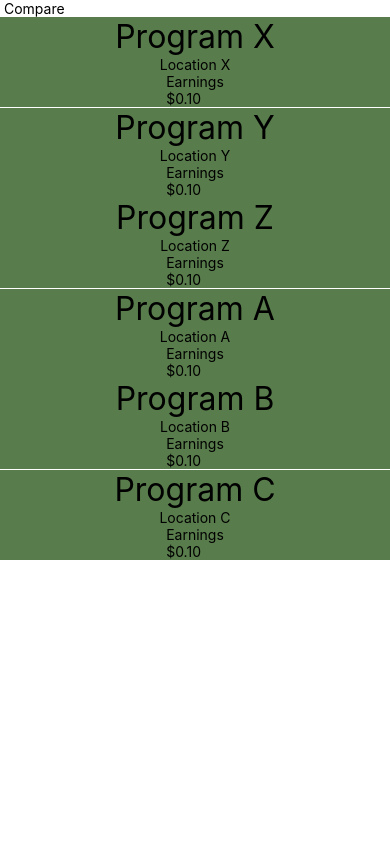
Repository: ct-pham/COMP4511
Screen: / (app in comp4511/)
These files come from the project's save history. The screen is drawn as it stood at one moment and after the next save; the edit follows.
The app was drawn by React Native's web renderer in a window 390 px wide. The project was rebuilt for these pictures with package versions that can differ from the ones it lists, and the page was loaded fresh each time. Some packages were replaced by stand-ins written for this rebuild. Also part of the build but not shown: comp4511/Components/Homepage.js, comp4511/Components/AllEarnings.js, comp4511/Components/ProgramEarnings.js, comp4511/Components/Register.js, comp4511/Components/Login.js.

Above is the screen before, as saved 2022-11-09 18:48:06.

### comp4511/App.js
import React, {useState} from 'react';
import { StatusBar } from 'expo-status-bar';
import { StyleSheet, Text, View } from 'react-native';
import { NavigationContainer } from '@react-navigation/native';
import { createNativeStackNavigator } from '@react-navigation/native-stack';
import Homepage from './Components/Homepage';
import AllEarnings from './Components/AllEarnings';
import ProgramEarnings from './Components/ProgramEarnings';
import Register from './Components/Register';
import Login from './Components/Login';
import Compare from './Components/compareProgram/Compare';

const Stack = createNativeStackNavigator();


export default function App() {
  return (
    // <NavigationContainer>
    //   <Stack.Navigator>
    //     <Stack.Screen name="Register" component={Register} />
    //     <Stack.Screen name="Login" component={Login} />
    //     <Stack.Screen name="Home" component={Homepage}/>
    //     <Stack.Screen name="AllEarnings" component={AllEarnings}/>
    //     <Stack.Screen name="ProgramEarnings" component={ProgramEarnings}/>
    //   </Stack.Navigator>
    // </NavigationContainer>
    <Compare/>
  );
}

### comp4511/Components/compareProgram/Compare.js
import {
    StyleSheet,
    Text,
    SafeAreaView,
    statusBar,
    FlatList,
} from 'react-native';
import Items from './Items';

import ProgramDetails from './ProgramDetails';

export default function Compare() {
    return (
        <SafeAreaView style={styles.container}>
            <Text> Compare</Text>
            <FlatList
                data = {ProgramDetails}
                renderItem={({ item }) => <Items item = {item} />}
                showsVerticalScrollIndicator

            />
        </SafeAreaView>
    );
}

const styles = StyleSheet.create({

});

### comp4511/Components/compareProgram/Items.js
import {
    View,
    Text,
    StyleSheet,
    Image,
    useWindowDimensions,
    TouchableOpacity,
    StatusBar,
} from 'react-native';
import { useState } from 'react';


export default function Items ({item}) {

    const { width } = useWindowDimensions();
    return (
        <View style={ styles.container}>

            <View style = {[styles.programContainer, {width}]}>
                <Text style = {styles.title}>{item.title}</Text>
                <Text style = {styles.location}>{item.location}</Text>

                <View>
                    <Text style = {styles.Earnings}>{item.Earning}</Text>
                    <Text style = {styles.Total}>{item.Total}</Text>

                </View>
            </View>

        </View>
    )
}

const styles = StyleSheet.create({
    container: {
        flex: 1,
        marginTop: StatusBar.currentHeight || 0,


      },
    item: {
        padding: 20,
        marginVertical: 8,
        marginHorizontal: 16,
      },
    title: {
        fontSize: 32,
      },
    programContainer: {
        backgroundColor: '#587C4B',
        alignItems: 'center',
        marginBottom: 0.5,
    },

});

### comp4511/Components/compareProgram/ProgramDetails.js
export default [
    {
        id: '1',
        title: 'Program X',
        location: 'Location X',
        Earning: 'Earnings',
        Total: '$0.10',

    },
    {
        id: '2',
        title: 'Program Y',
        location: 'Location Y',
        Earning: 'Earnings',
        Total: '$0.10',

    },
    {
        id: '3',
        title: 'Program Z',
        location: 'Location Z',
        Earning: 'Earnings',
        Total: '$0.10',

    },
    {
        id: '4',
        title: 'Program A',
        location: 'Location A',
        Earning: 'Earnings',
        Total: '$0.10',

    },
    {
        id: '5',
        title: 'Program B',
        location: 'Location B',
        Earning: 'Earnings',
        Total: '$0.10',

    },
    {
        id: '6',
        title: 'Program C',
        location: 'Location C',
        Earning: 'Earnings',
        Total: '$0.10',
    }

]

After the next save:
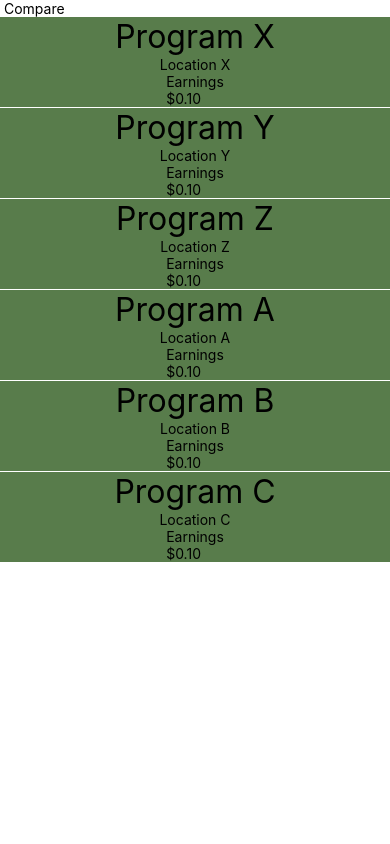
Saved 7 s later.
--- a/comp4511/Components/compareProgram/Items.js
+++ b/comp4511/Components/compareProgram/Items.js
@@ -49,7 +49,7 @@ const styles = StyleSheet.create({
     programContainer: {
         backgroundColor: '#587C4B',
         alignItems: 'center',
-        marginBottom: 0.5,
+        marginBottom: 1,
     },
 
 });
